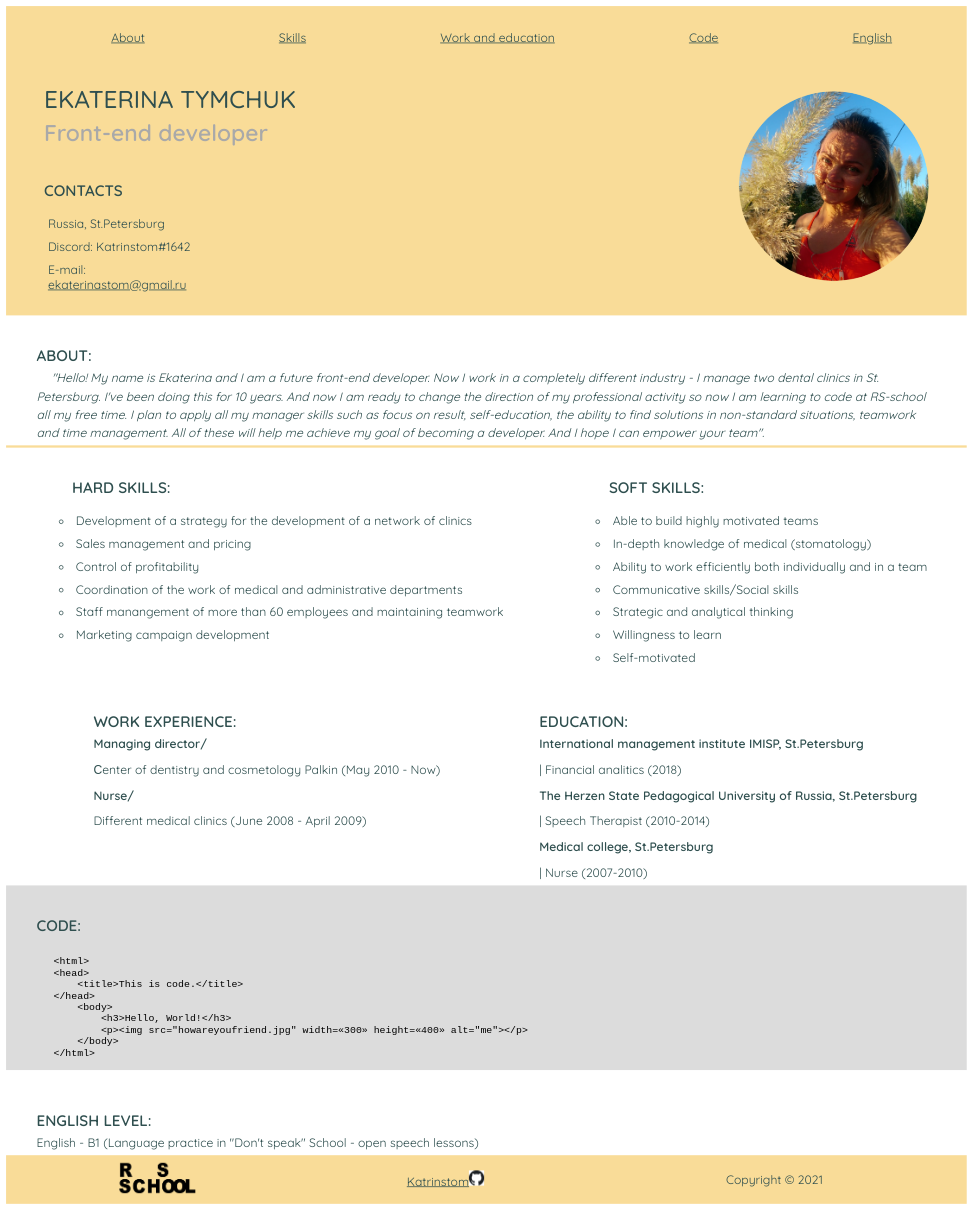
Repository: Katrinstom/rsschool-cv
Page: index.html
These files come from the project's save history. The page is drawn as it stood at one moment and after the next save; the edit follows.
The browser window is 1280 px wide. The pictures show the whole page, at 76% of full size.

Above is the page before, as saved 2022-01-02 22:12:04.

After the next save:
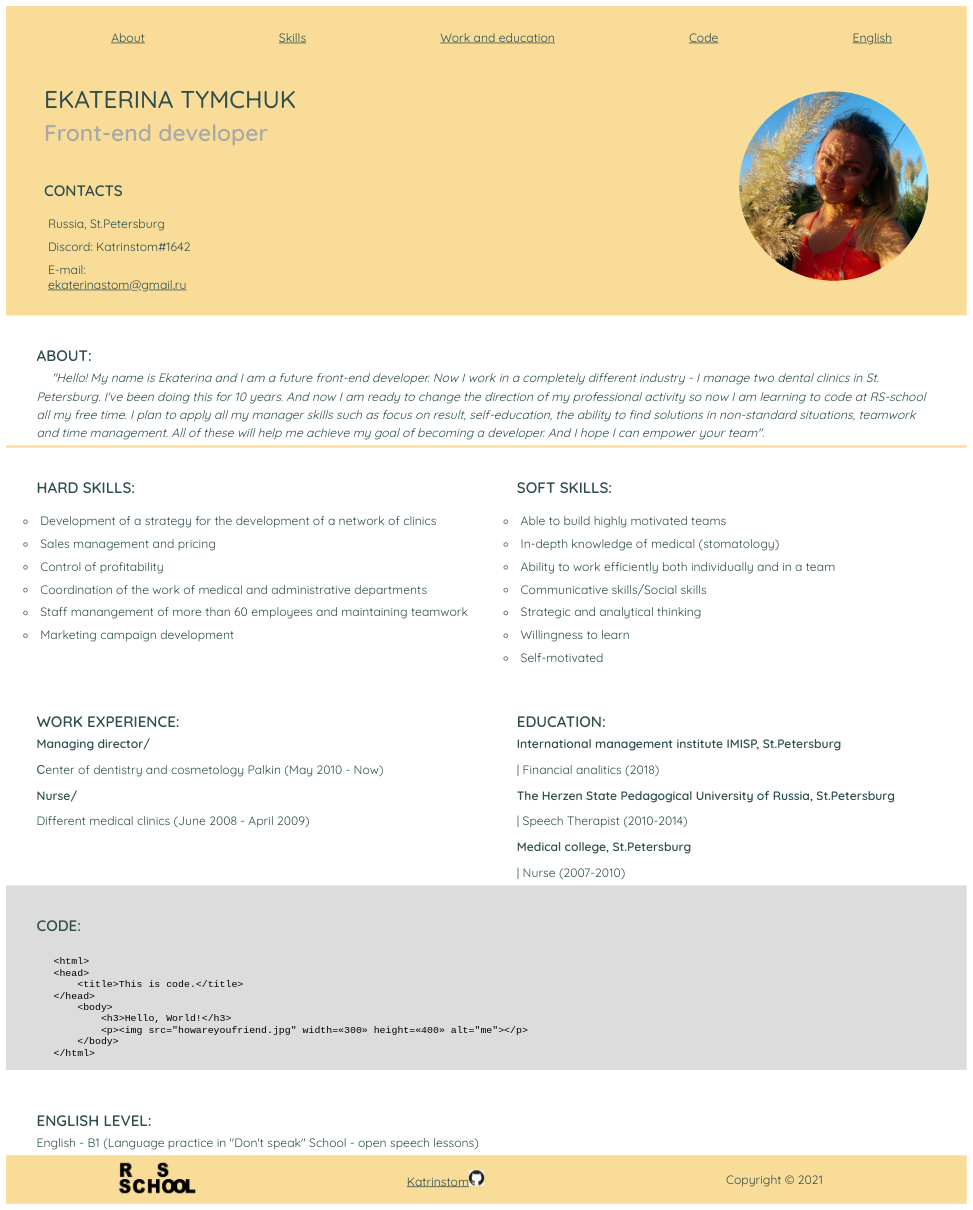
Saved 44 s later.
--- a/style.css
+++ b/style.css
@@ -111,6 +111,7 @@ li {
     font-family: 'Quicksand', sans-serif;
     margin: 0;
     height: auto;
+    width: 50%;
     padding: 0;
 }
 .workandeducation {
@@ -119,6 +120,7 @@ li {
     font-family: 'Quicksand', sans-serif;
     margin: 0;
     height: auto;
+    width: 50%;
     padding: 0;
 }
 .pic {
